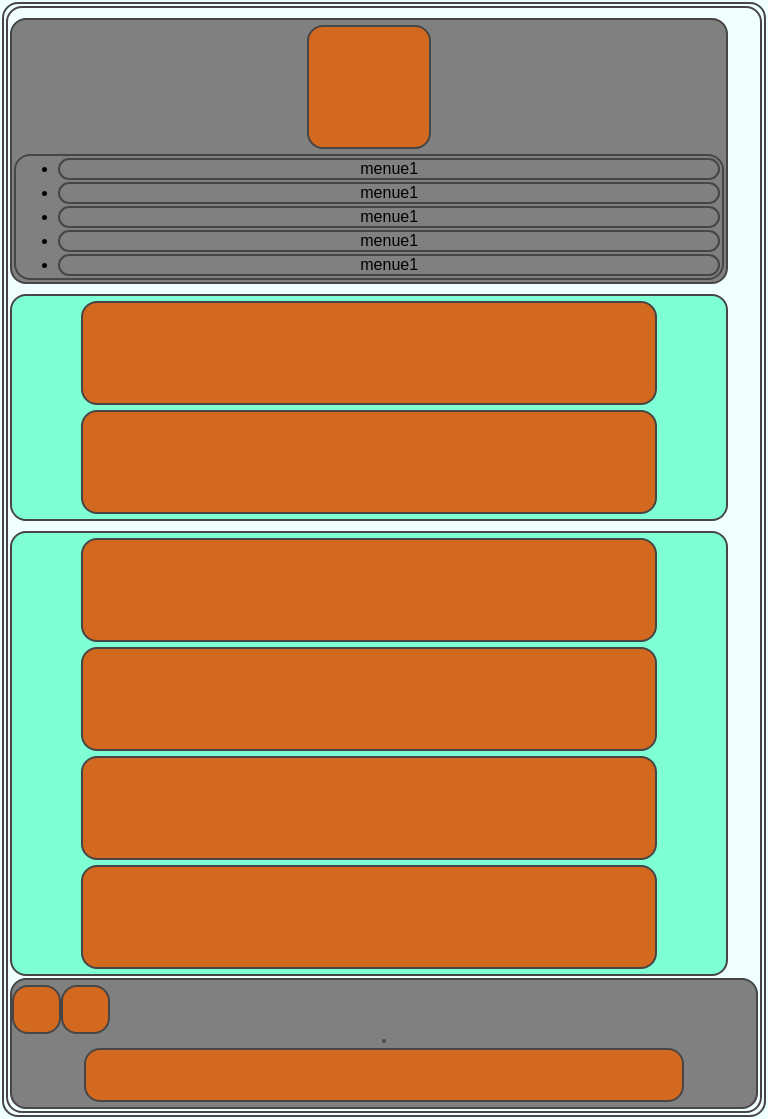
Repository: clairedupuich/cv-claireDUPUICH
Page: cv.html
The author's editor kept a copy of each file at every save. The page is drawn from the files as they stood at one save, then again after the next save.
The browser window is 768 px wide. The pictures show the whole page.

Above is the page before, as saved 2020-10-08 13:41:39.

### cv.html
<!DOCTYPE html>
<html lang="fr" dir="ltr">
  <head>
    <meta charset="utf-8">
    <title>Exercice</title>
    <link rel="stylesheet" href="cv.css">
  </head>
  <body>
    <section class="header">
        <div class="img">
        </div>

            <ul class="nav">
                <li>menue1</li>
                <li>menue1</li>
                <li>menue1</li>
                <li>menue1</li>
                <li>menue1</li>
            </ul>

    </section>
      <section class="section 1">
          <div class="article1_1">
          </div>
          <div class="article1_2">
          </div>
      </section>
      <section class="section2">
        <div class="article2_1">
        </div>
        <div class="article2_2">
        </div>
        <div class="article2_3">
        </div>
        <div class="article2_4">
        </div>
      </section>
      <footer>
          <div class='footer1'>
          </div>
        <div class="footer2">
        </div>
        <div class="clear"></div>
        <div class="footer3">
        </div>
    </footer>
  </body>
</html>

### cv.css

@media screen and (max-width: 768px)
{
    * {
        font-family: Avenir, sans-serif;
        border: 2px solid rgb(71, 69, 69);
        border-radius: 16px;
         margin: 2px;

    }

    body {
        background-color: azure;


    }
    section {
        margin-top: 10px;
        width: 95%;
        background-color: aquamarine;


    }
    div {
        margin: 5px auto;
        width:80% ;
        height: 100px;
        background-color: chocolate;
    }
    ul {
        text-align: center;
    }

    footer,
    .header{
        background-color: gray;
    }

    .footer2,
    .footer1 {
        height: 45px;
        width: 45px;
        float: left;
    }
    .clear {
        clear: both;
        width: 0;
        height: 0;
    }
    .footer3 {
        height: 50px;
    }
    .img {
        width:120px;
        height: 120px;
        text-align: left;
    }

}

After the next save:
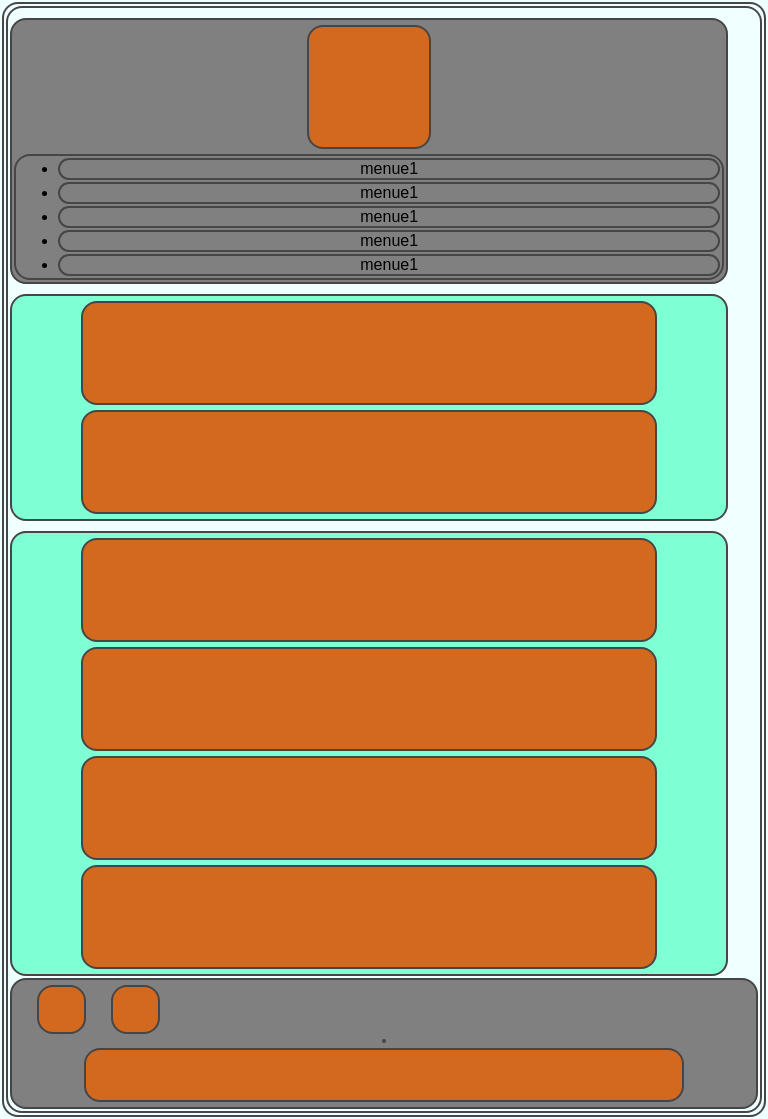
Saved 28 s later.
--- a/cv.css
+++ b/cv.css
@@ -41,6 +41,7 @@
         height: 45px;
         width: 45px;
         float: left;
+        margin-left: 25px;
     }
     .clear {
         clear: both;
